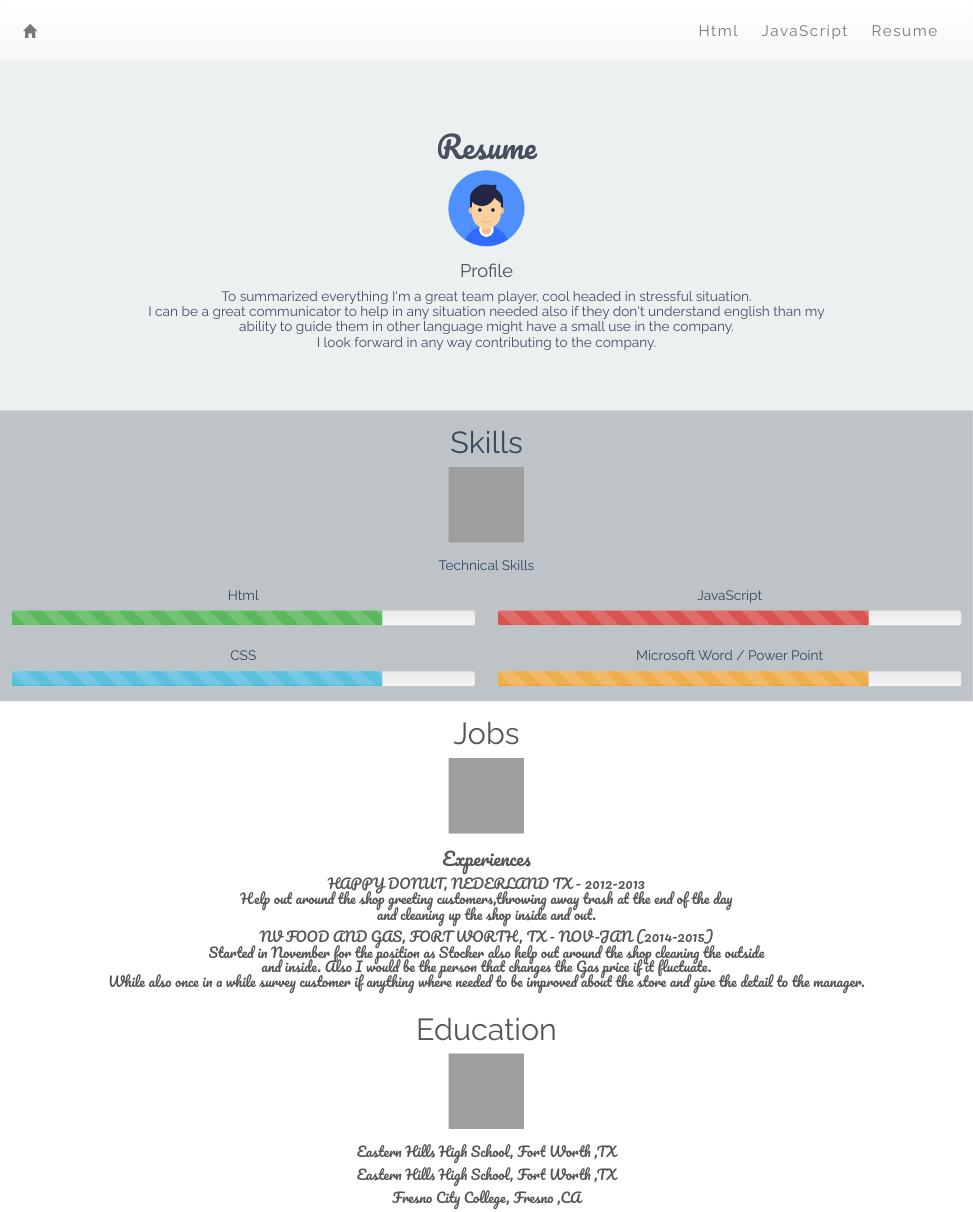
Repository: Milineam6162/workspace
Page: Resume/resume.html
The author's editor kept a record of every edit. The page is drawn from the files as they stood at one moment, then again after the next edit.
The browser window is 1280 px wide. The pictures show the whole page, at 76% of full size.
Pictures or frames that could not be fetched are drawn as grey boxes. Some web libraries are served in a nearby version.

Above is the page before.

### Resume/resume.html
<!DOCTYPE html>
<html>
    <head>
        <title>Home</title>
        <script src="https://ajax.googleapis.com/ajax/libs/jquery/2.1.4/jquery.min.js"></script>
        <link rel="stylesheet" href="resume.css" type="text/css" />
        <link rel="stylesheet" href="https://maxcdn.bootstrapcdn.com/bootstrap/3.3.6/css/bootstrap.min.css" integrity="sha384-1q8mTJOASx8j1Au+a5WDVnPi2lkFfwwEAa8hDDdjZlpLegxhjVME1fgjWPGmkzs7" crossorigin="anonymous">
        <link rel="stylesheet" href="http://maxcdn.bootstrapcdn.com/bootstrap/3.3.5/css/bootstrap.min.css">
        <link rel="stylesheet" href="https://maxcdn.bootstrapcdn.com/bootstrap/3.3.6/css/bootstrap-theme.min.css" integrity="sha384-fLW2N01lMqjakBkx3l/M9EahuwpSfeNvV63J5ezn3uZzapT0u7EYsXMjQV+0En5r" crossorigin="anonymous">
       <link href='https://fonts.googleapis.com/css?family=Raleway' rel='stylesheet' type='text/css'>
        <link href='https://fonts.googleapis.com/css?family=Pacifico' rel='stylesheet' type='text/css'>
        <link href="http://fonts.googleapis.com/css?family=Montserrat" rel="stylesheet">
        <script src="https://maxcdn.bootstrapcdn.com/bootstrap/3.3.6/js/bootstrap.min.js" integrity="sha384-0mSbJDEHialfmuBBQP6A4Qrprq5OVfW37PRR3j5ELqxss1yVqOtnepnHVP9aJ7xS" crossorigin="anonymous"></script>
        <meta name="viewport" content="width=device-width, initial-scale=1">
    </head>
    <body>
        <nav class="nav navbar-default" >
            <div class="container-fluid">
                <div class="navbar-header">
                    <button type="button" class="navbar-toggle" data-toggle="collapse" data-target="#myNavbar">
                        <span class="icon-bar"></span>
                        <span class="icon-bar"></span>
                        <span class="icon-bar"></span>
                    </button>
                    <a class="navbar-brand glyphicon glyphicon-home" href="#"></a>
                </div>
                <div class="collapse navbar-collapse navbar-right" id="myNavbar">
                        <ul class="nav navbar-nav">
                            <li><a href="../Htm/Htm.html">Html</a></li>
                            <li><a href="../Java/java.html">JavaScript</a></li>
                            <li><a href="../Resume/resume.html">Resume</a></li>
                        </ul>
                    </div>
            </div>
        </nav>
<!-- Body Text Content -->
        <div class="container-fluid bg-1 text-center">
          <h2 class="Title">Resume</h2>
          <img class="icons" src="../Img/Icons/person.png" class="img-responsive img-circle " style="display:inline" alt="person" width="100" height="100">
          <h3>Profile</h3>
          <h4 class="">To summarized everything I'm a great team player, cool headed in stressful situation.<br />
          I can be a great communicator to help in any situation needed also if they don't understand english than my <br />
          ability to guide them in other language might have a small use in the company. <br />
          I look forward in any way contributing to the company.
        </div>
        <div class="container-fluid bg-2 text-center">
          <h2 class="title2">Skills</h2>
          <img class="icons" src="https://cdn1.iconfinder.com/data/icons/finance-items/512/idea_lightbulb_light_bulb_creative_concept_solution_creativity_flat_design_icon-512.png" class="img-responsive img-circle " style="display:inline" alt="person" width="100" height="100">
          <h3></h3>
          <h4 class="">Technical Skills</h4>

         <div class="row">
          <div class="col-md-6">
              <h4 class="bartext"> Html </h4>
          <div class="progress">
              <div class="progress-bar progress-bar-success progress-bar-striped" role="progressbar" aria-valuenow="40" aria-valuemin="0" aria-valuemax="100" style="width: 80%">
                <span class="sr-only">80% Complete (success)</span>
              </div>
            </div>
            </div>
             <div class="col-md-6">
              <h4 class="bartext"> JavaScript </h4>
          <div class="progress">
              <div class="progress-bar progress-bar-danger progress-bar-striped" role="progressbar" aria-valuenow="40" aria-valuemin="0" aria-valuemax="100" style="width: 80%">
                <span class="sr-only">80% Complete (success)</span>
              </div>
            </div>
            </div>
        </div>
        <div class="row">
          <div class="col-md-6">
              <h4 class="bartext"> CSS </h4>
          <div class="progress">
              <div class="progress-bar progress-bar-info progress-bar-striped" role="progressbar" aria-valuenow="40" aria-valuemin="0" aria-valuemax="100" style="width: 80%">
                <span class="sr-only">80% Complete (success)</span>
              </div>
            </div>
            </div>
            <div class="col-md-6">
              <h4 class="bartext"> Microsoft Word / Power Point </h4>
          <div class="progress">
              <div class="progress-bar progress-bar-warning progress-bar-striped" role="progressbar" aria-valuenow="40" aria-valuemin="0" aria-valuemax="100" style="width: 80%">
                <span class="sr-only">80% Complete (success)</span>
              </div>
            </div>
            </div>
        </div>
          </div>
        <div class="container-fluid bg-3 text-center">
          <h2 class="title2">Jobs</h2>
          <img class="icons" src="https://cdn4.iconfinder.com/data/icons/marketing-and-business-flat-icons/512/briefcase_work_documents_marketing_business_flat_icon_symbol-512.png" class="img-responsive img-circle " style="display:inline" alt="person" width="100" height="100">
          <h3>Experiences</h3>
          <h4 class="">HAPPY DONUT, NEDERLAND TX - 2012-2013 <br />
                       Help out around the shop greeting customers,throwing away trash at the end of the day <br />
                       and cleaning up the shop inside and out.
          </h4>
          <h4>
              NV FOOD AND GAS, FORT WORTH, TX - NOV-JAN (2014-2015) <br />
              Started in November for the position as Stocker also help out around the shop cleaning the outside <br />
              and inside. Also I would be the person that changes the Gas price if it fluctuate. <br />While also once in a while survey customer if anything where needed to be improved about the store and give the detail to the manager.
          </h4>
        </div>
                <div class="container-fluid bg-3 text-center">
          <h2 class="title2">Education</h2>
          <img class="icons" src="http://www.ernestogbustamante.com/wp-content/uploads/2015/05/Case-Study1.png" class="img-responsive img-circle " style="display:inline" alt="person" width="100" height="100">
          <h3></h3>
          <h4 class="">Eastern Hills High School, Fort Worth ,TX</h4>
          <h4 class="">Eastern Hills High School, Fort Worth ,TX</h4>
          <h4 class="">Fresno City College, Fresno ,CA</h4>
        </div>
    </body>
</html>

### Resume/resume.css
.navbar-default {
    padding-top: 15px;
    padding-bottom: 15px;
    border: 0;
    border-radius: 0;
    margin-bottom: 0;
    font-size: 20px;
    letter-spacing: 2px;
    color: #1abc9c;
    font-family:'Raleway', 'helvetica';
  }
.navbar-nav  li a:hover {
      color: #1abc9c !important;
  }
body {
      font-family:'Raleway', 'helvetica';
      font-size:20px;
      line-height: 1.8;
      color: #f5f6f7;
}
.icons{
        transition-duration: 0.8s;
    transition-property: transform;
    overflow:hidden;
}
.bg-1 {
      background-color: #ecf0f1; /* Green */
      color: #474e5d;
       padding-top: 70px;
      padding-bottom: 70px;
      font-family:'Raleway', 'helvetica';
}
.bg-2 {
      background-color: #bdc3c7; /* Dark Blue */
      color: #34495e;
      font-family:'Raleway', 'helvetica';

}
.bg-3 {
      background-color: #ffffff; /* White */
      color: #555555;
      font-family:'Pacifico', 'helvetica';
 }
.Title {
    font-family:'Pacifico','helvetica' ;
    font-size:40px;
}
.gif{
    border-radius:10%;
    width:400px;
}
.title2 {
    font-family:'Raleway','helvetica' ;
    font-size:40px;
}

After the next edit:
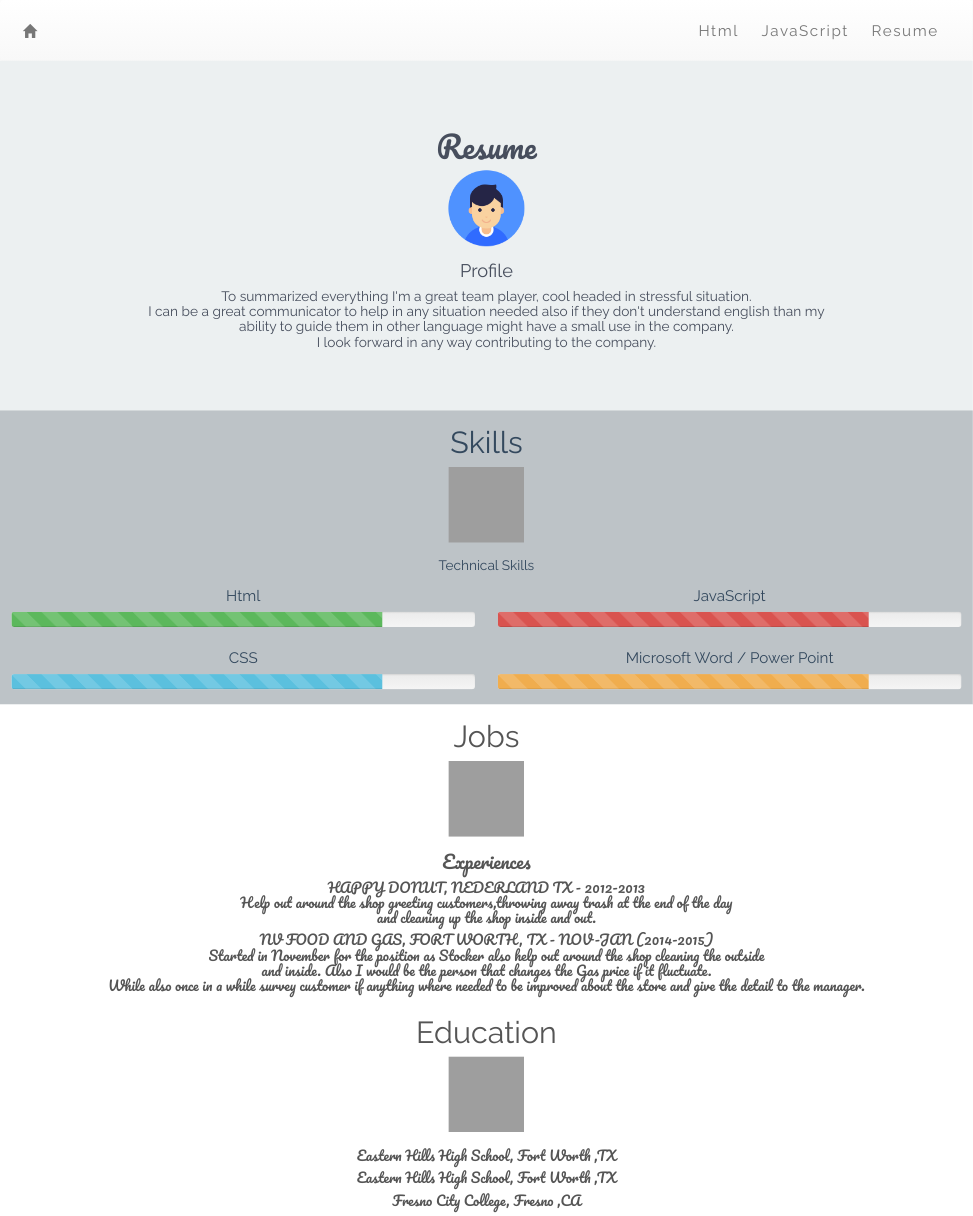
The edit:
--- a/Resume/resume.css
+++ b/Resume/resume.css
@@ -53,3 +53,7 @@
     font-family:'Raleway','helvetica' ;
     font-size:40px;
 }
+.bartext {
+    font-family:'Raleway','helvetica' ;
+    font-size:20px;
+}
